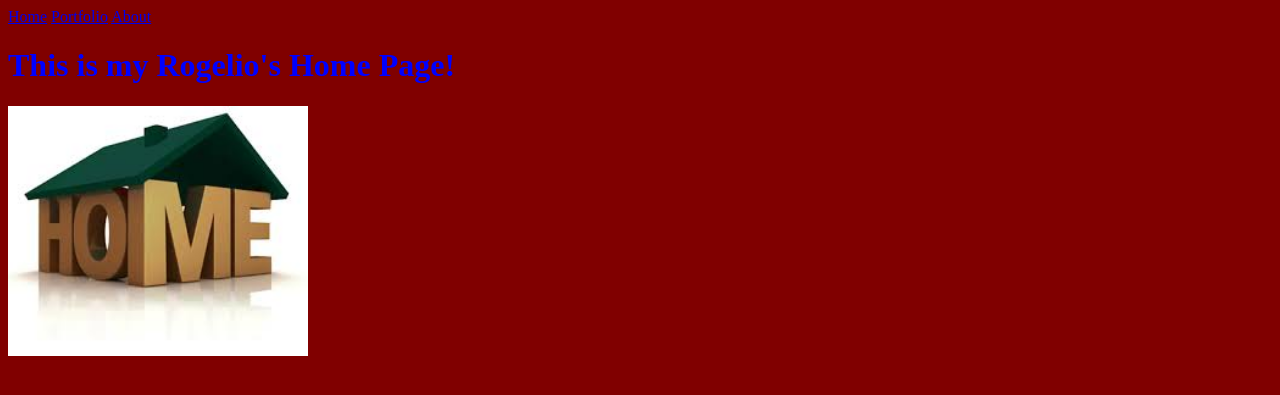
Repository: ralcocer1890/ralcocer1890.github.io
Page: my_website/index.html
The author's editor kept a record of every edit. The page is drawn from the files as they stood at one moment, then again after the next edit.
The browser window is 1280 px wide. The pictures show the whole page.

Above is the page before.

### my_website/index.html
<!doctype html>
<html lang="en">
  <head>
    <meta charset="utf-8">
    <title>Home</title>
  </head>
  <body>
    <a href="index.html">Home</a>
    <a href="portfolio.html">Portfolio</a>
    <a href="about.html">About</a>
    <h1>This is my Rogelio's Home Page!</h1>
    <img src="images/home.jpg" height="250">
    <style>
h1 {color:blue;}
</style>
<body style="background-color:Maroon;">
  </body>
</html>

After the next edit:
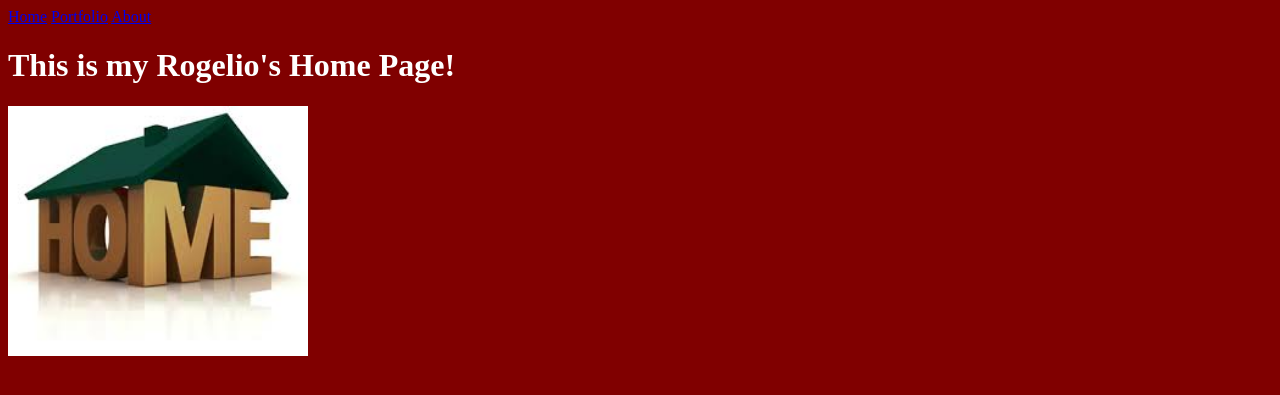
The edit:
--- a/my_website/index.html
+++ b/my_website/index.html
@@ -11,7 +11,7 @@
     <h1>This is my Rogelio's Home Page!</h1>
     <img src="images/home.jpg" height="250">
     <style>
-h1 {color:blue;}
+h1 {color:white;}
 </style>
 <body style="background-color:Maroon;">
   </body>
